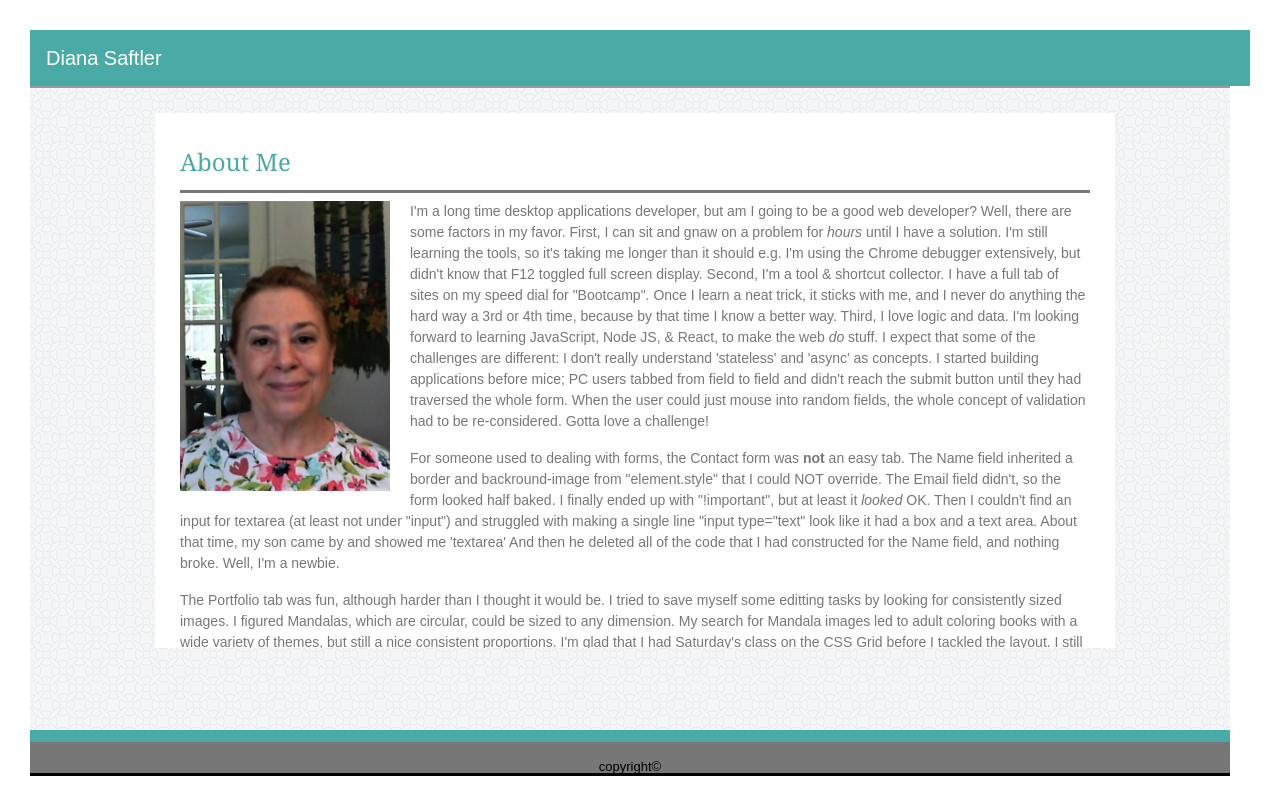
Repository: dsaftler/Bootstrap-Portfolio
Page: index.html
These files come from the project's save history. The page is drawn as it stood at one moment and after the next save; the edit follows.
The browser window is 1280 px wide. The pictures show the whole page.
An inner scrolling area shows only its first screen.

Above is the page before, as saved 2019-03-20 18:05:10.

After the next save:
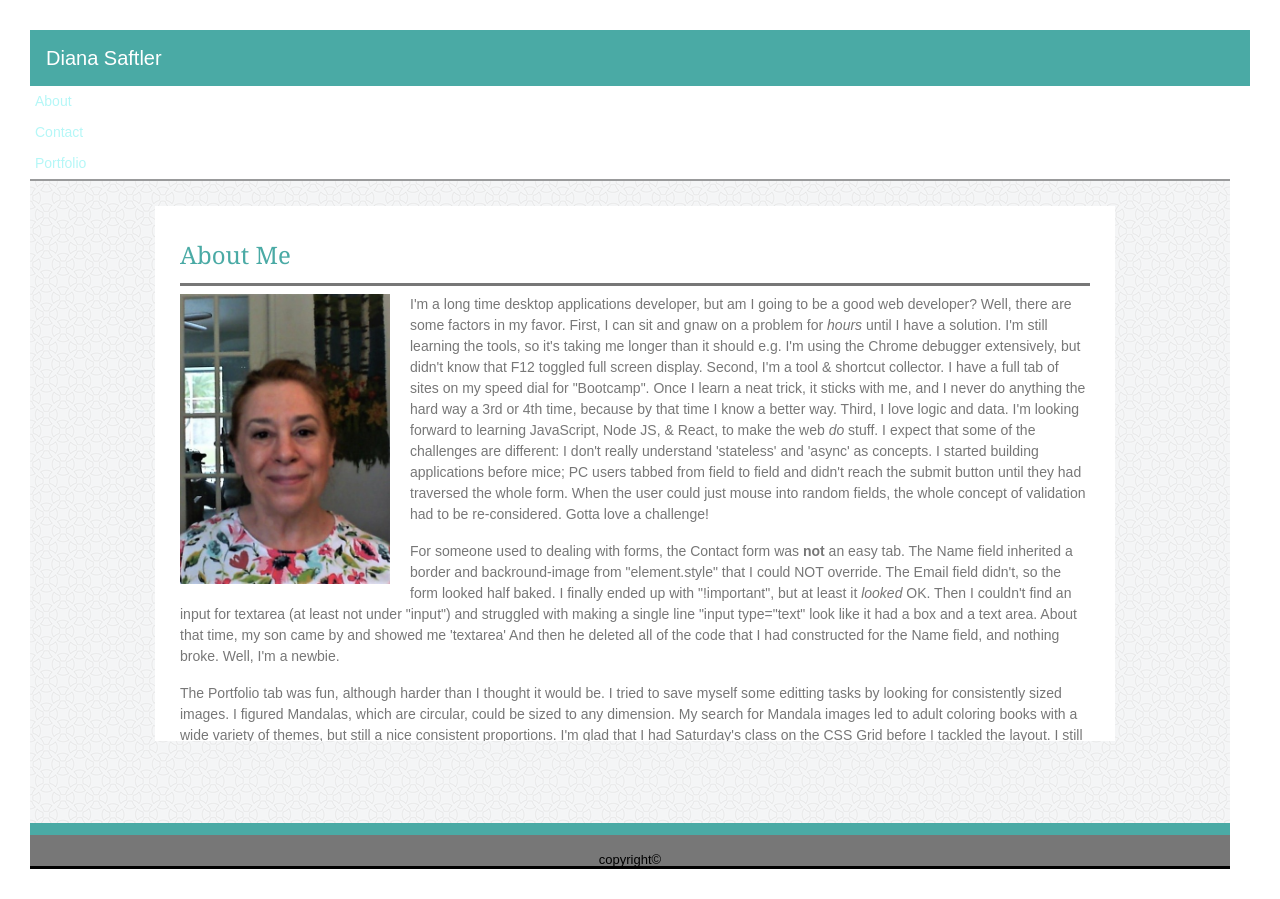
Saved 58 s later.
--- a/index.html
+++ b/index.html
@@ -12,15 +12,14 @@
 
   <nav class="navbar navbar-expand-lg" style="background-color: #4aaaa5; color:rgb(181, 247, 247)">
     <a class="navbar-brand" style="color: white" href="#">Diana Saftler</a></nav>
-    <div class="collapse navbar-collapse" id="navbarNavAltMarkup">
-      <!-- <div class="navbar-nav"> -->
+    <div class="navbar-nav">
       <ul class="nav navbar-nav">
         <li><a style="color: rgb(181, 247, 247)" href="index.html">About</a></li>
         <li><a style="color: rgb(181, 247, 247)"  href="contact.html">Contact</a></li>
         <li><a style="color: rgb(181, 247, 247)"  href="portfolio.html">Portfolio</a></li>
       </ul>
     </div>
-  </nav>
+
 
 
 
